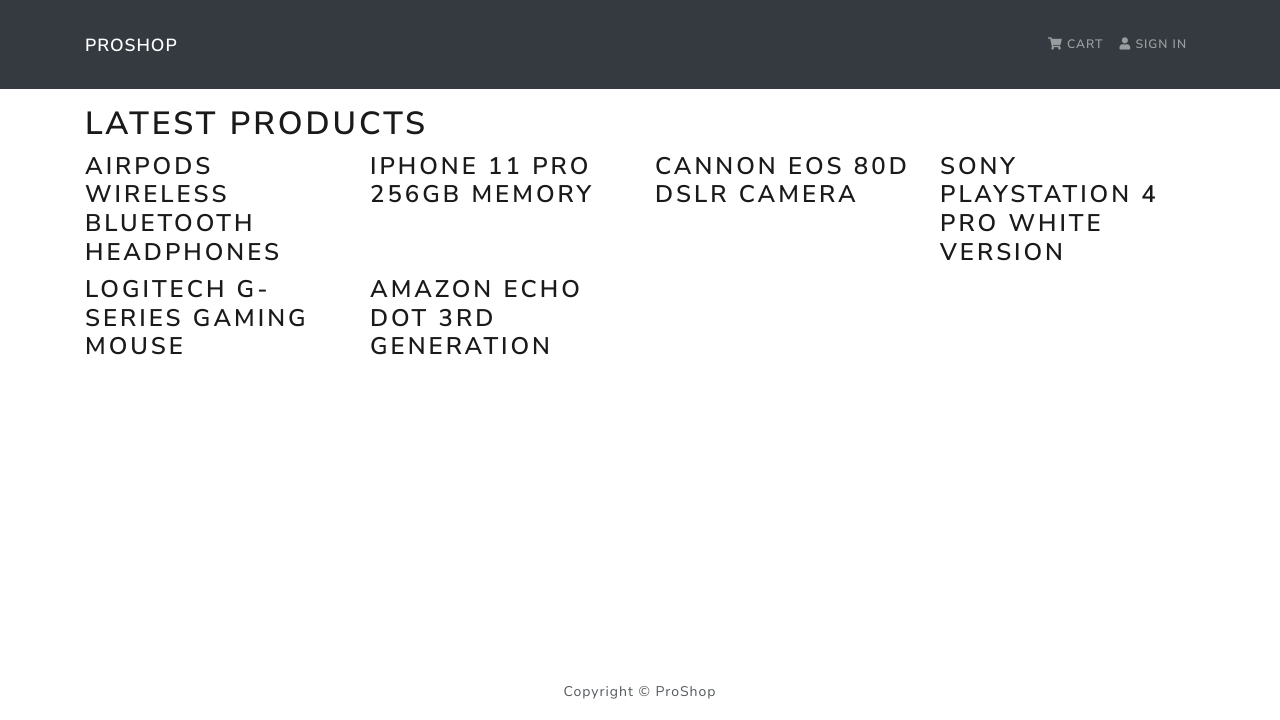
Repository: Lithium87/proshop
Page: / (app in frontend/)
The author's editor kept a copy of each file at every save. The page is drawn from the files as they stood at one save, then again after the next save.
The browser window is 1280 px wide. The pictures show the whole page.
The project was rebuilt for these pictures with package versions that can differ from the ones it lists, and the page was loaded fresh each time.

Above is the page before, as saved 2021-09-09 21:39:18.

### frontend/public/index.html
<!DOCTYPE html>
<html lang="en">

<head>
    <meta charset="utf-8" />
    <link rel="icon" href="%PUBLIC_URL%/favicon.ico" />
    <meta name="viewport" content="width=device-width, initial-scale=1" />
    <meta name="theme-color" content="#000000" />
    <meta name="description" content="Find the best products for the cheapest prices" />
    <link rel="apple-touch-icon" href="%PUBLIC_URL%/logo192.png" />
    <link rel="manifest" href="%PUBLIC_URL%/manifest.json" />
    <link rel="stylesheet" href="https://cdnjs.cloudflare.com/ajax/libs/font-awesome/5.15.4/css/all.min.css" integrity="sha512-1ycn6IcaQQ40/MKBW2W4Rhis/DbILU74C1vSrLJxCq57o941Ym01SwNsOMqvEBFlcgUa6xLiPY/NS5R+E6ztJQ==" crossorigin="anonymous" referrerpolicy="no-referrer"
    />
    <title>Welcome to ProShop</title>
</head>

<body>
    <noscript>You need to enable JavaScript to run this app.</noscript>
    <div id="root"></div>
</body>

</html>

### frontend/src/App.js
import React from 'react';
import {Container} from 'react-bootstrap';
import Header from './components/Header';
import Footer from './components/Footer';
import HomeScreen from './screens/HomeScreen';

const App = () => {
  return (
    <>
      <Header />
      <main className='py-3'>
        <Container>
          <HomeScreen />
        </Container>
      </main>
      <Footer />
    </>
  );
}

export default App;

### frontend/src/components/Header.js
import React from 'react';
import {Navbar, Nav, Container} from 'react-bootstrap';

const Header = () => {
  return (
    <header>
      <Navbar bg="dark" variant="dark" expand="lg" collapseOnSelect>
        <Container>
          <Navbar.Brand href="/">ProShop</Navbar.Brand>
          <Navbar.Toggle aria-controls="basic-navbar-nav" />
          <Navbar.Collapse id="basic-navbar-nav">
            <Nav className="ml-auto">
              <Nav.Link href="/cart">
                <i className="fas fa-shopping-cart" /> Cart
              </Nav.Link>
              <Nav.Link href="/login">
                <i className="fas fa-user" /> Sign In
              </Nav.Link>
            </Nav>
          </Navbar.Collapse>
        </Container>
      </Navbar>
    </header>
  );
};

export default Header;

### frontend/src/components/Footer.js
import React from 'react';
import {Container, Row, Col} from 'react-bootstrap';

const Footer = () => {
    return (
        <footer>
            <Container>
                <Row>
                    <Col className='text-center py-3'>
                        Copyright &copy; ProShop
                    </Col>
                </Row>
            </Container>
        </footer>
    )
}

export default Footer

### frontend/src/screens/HomeScreen.js
import React from 'react';
import {Row, Col} from 'react-bootstrap';
import products from '../products';

const HomeScreen = () => {
    return (
        <>
            <h1>Latest Products</h1>
            <Row>
                {products.map(product => (
                    <Col sm={12} md={6} lg={4} xl={3}>
                        <h3>{product.name}</h3>
                    </Col>
                ))}
            </Row>
        </>
    )
}

export default HomeScreen

### frontend/src/products.js
const products = [
  {
    _id: '1',
    name: 'Airpods Wireless Bluetooth Headphones',
    image: '/images/airpods.jpg',
    description:
      'Bluetooth technology lets you connect it with compatible devices wirelessly High-quality AAC audio offers immersive listening experience Built-in microphone allows you to take calls while working',
    brand: 'Apple',
    category: 'Electronics',
    price: 89.99,
    countInStock: 10,
    rating: 4.5,
    numReviews: 12,
  },
  {
    _id: '2',
    name: 'iPhone 11 Pro 256GB Memory',
    image: '/images/phone.jpg',
    description:
      'Introducing the iPhone 11 Pro. A transformative triple-camera system that adds tons of capability without complexity. An unprecedented leap in battery life',
    brand: 'Apple',
    category: 'Electronics',
    price: 599.99,
    countInStock: 7,
    rating: 4.0,
    numReviews: 8,
  },
  {
    _id: '3',
    name: 'Cannon EOS 80D DSLR Camera',
    image: '/images/camera.jpg',
    description:
      'Characterized by versatile imaging specs, the Canon EOS 80D further clarifies itself using a pair of robust focusing systems and an intuitive design',
    brand: 'Cannon',
    category: 'Electronics',
    price: 929.99,
    countInStock: 5,
    rating: 3,
    numReviews: 12,
  },
  {
    _id: '4',
    name: 'Sony Playstation 4 Pro White Version',
    image: '/images/playstation.jpg',
    description:
      'The ultimate home entertainment center starts with PlayStation. Whether you are into gaming, HD movies, television, music',
    brand: 'Sony',
    category: 'Electronics',
    price: 399.99,
    countInStock: 11,
    rating: 5,
    numReviews: 12,
  },
  {
    _id: '5',
    name: 'Logitech G-Series Gaming Mouse',
    image: '/images/mouse.jpg',
    description:
      'Get a better handle on your games with this Logitech LIGHTSYNC gaming mouse. The six programmable buttons allow customization for a smooth playing experience',
    brand: 'Logitech',
    category: 'Electronics',
    price: 49.99,
    countInStock: 7,
    rating: 3.5,
    numReviews: 10,
  },
  {
    _id: '6',
    name: 'Amazon Echo Dot 3rd Generation',
    image: '/images/alexa.jpg',
    description:
      'Meet Echo Dot - Our most popular smart speaker with a fabric design. It is our most compact smart speaker that fits perfectly into small space',
    brand: 'Amazon',
    category: 'Electronics',
    price: 29.99,
    countInStock: 0,
    rating: 4,
    numReviews: 12,
  },
]

export default products

### frontend/src/components/Product.js
import React from 'react';
import {Card} from 'react-bootstrap';

const Product = ({product}) => {
  return (
    <Card className="my-3 p-3 rounded">
      <a href={`/product/${product._id}`}>
        <Card.Img src={product.img} variant="top" />
      </a>
    </Card>
  );
};

export default Product;

Loaded but not shown: frontend/src/index.js (common file); frontend/src/bootstrap.min.css (library); frontend/src/index.css (common file); frontend/src/reportWebVitals.js (common file)

After the next save:
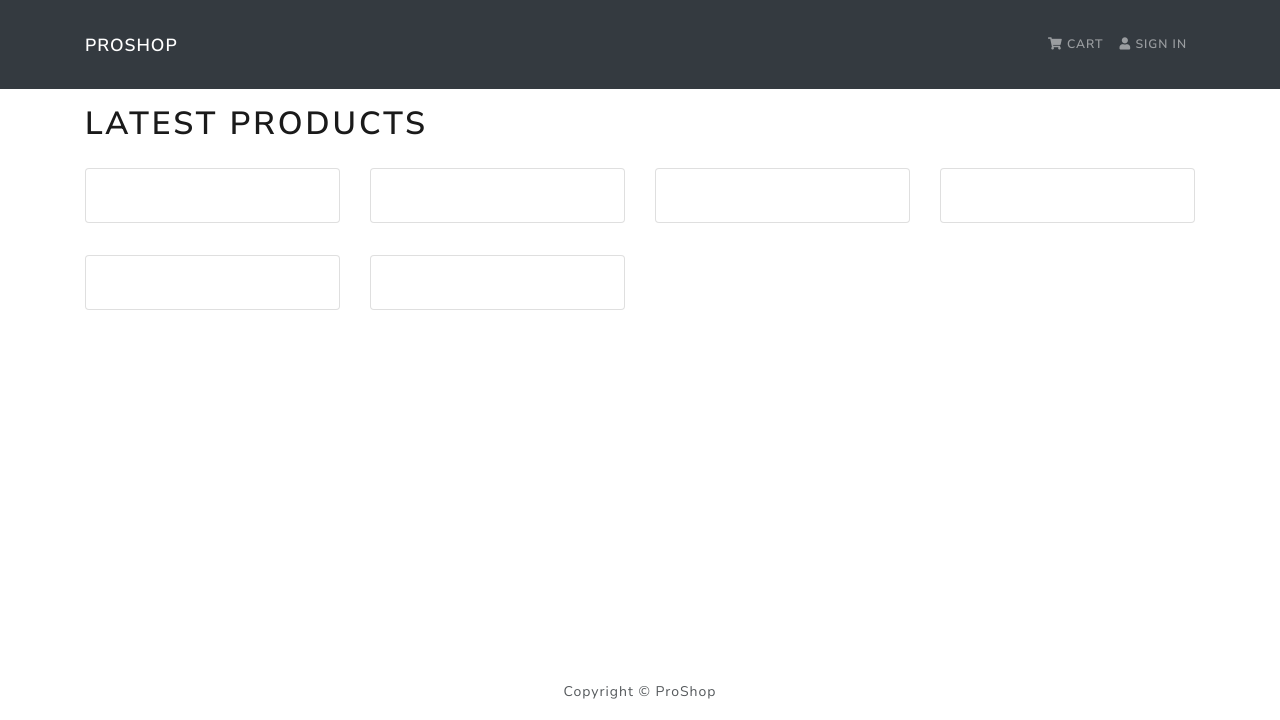
Saved 3 s later.
--- a/frontend/src/screens/HomeScreen.js
+++ b/frontend/src/screens/HomeScreen.js
@@ -1,5 +1,6 @@
 import React from 'react';
 import {Row, Col} from 'react-bootstrap';
+import Product from '../components/Product';
 import products from '../products';
 
 const HomeScreen = () => {
@@ -9,7 +10,7 @@
             <Row>
                 {products.map(product => (
                     <Col sm={12} md={6} lg={4} xl={3}>
-                        <h3>{product.name}</h3>
+                        <Product product={product} />
                     </Col>
                 ))}
             </Row>
